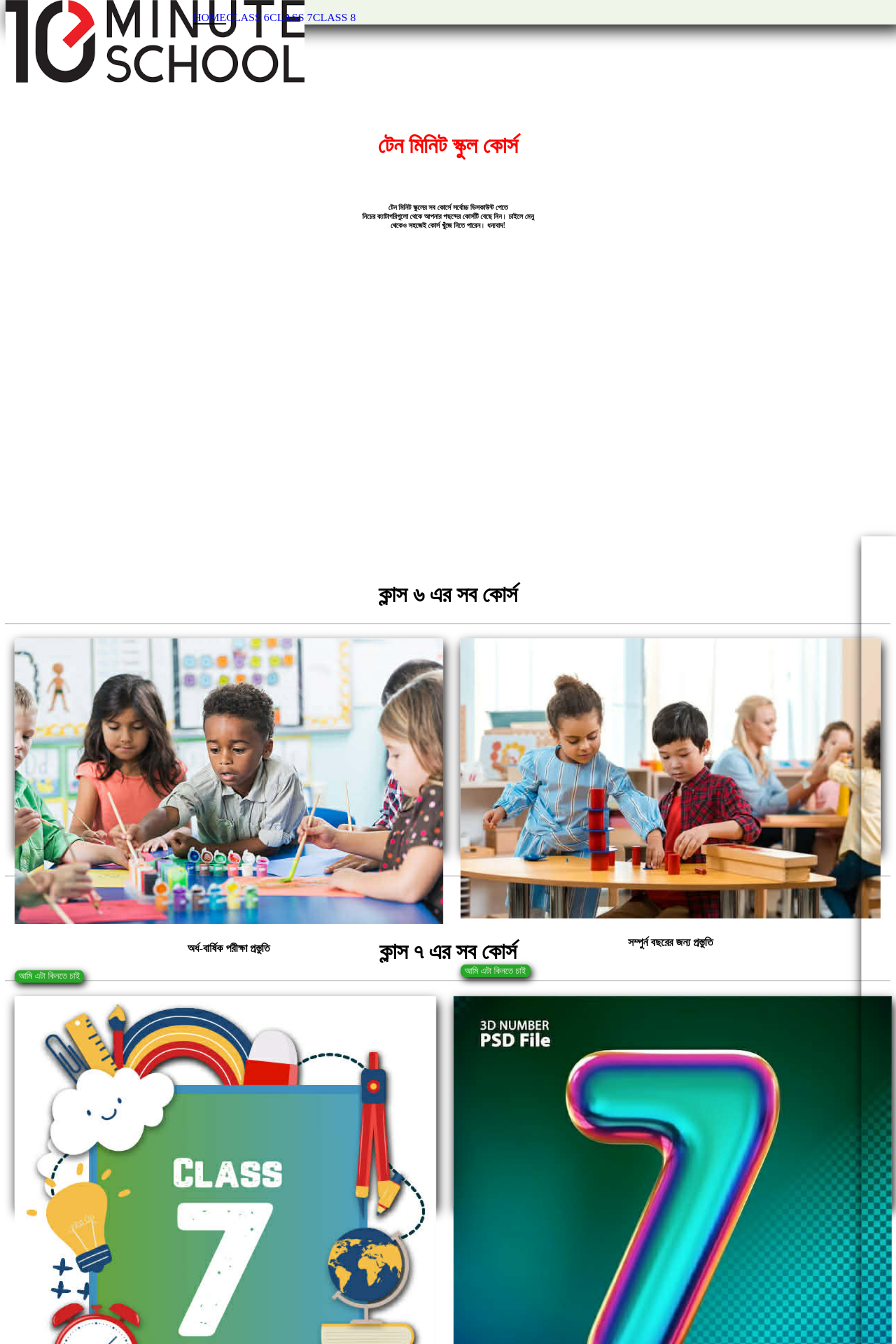
Repository: ridhukhan/10MinuteCourse
Page: /
These files come from the project's save history. The page is drawn as it stood at one moment and after the next save; the edit follows.
The browser window is 1280 px wide. The pictures show the part of the page from y = 0 to 1920 px (the page is 2830 px tall), at 70% of full size.
The project was rebuilt for these pictures with package versions that can differ from the ones it lists, and the page was loaded fresh each time. Also part of the build but not shown: vite.config.js, src/pages/Class6.jsx, src/pages/Class7.jsx, src/pages/Class8.jsx.

Above is the page before, as saved 2025-12-15 09:38:26.

After the next save:
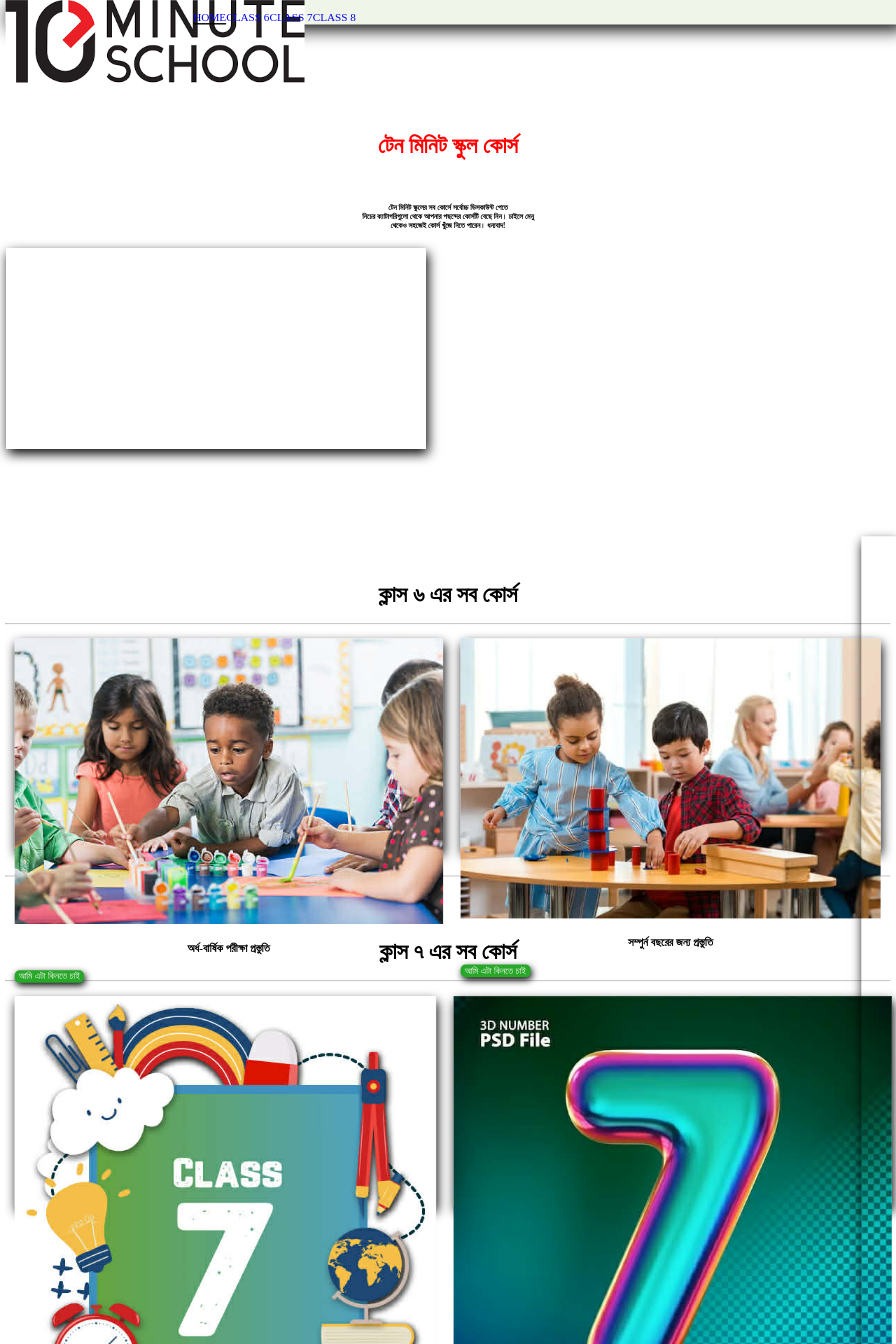
Saved 29 s later.
--- a/src/pages/Home.css
+++ b/src/pages/Home.css
@@ -2,4 +2,5 @@
 
 width: 600px;
     height: 40vh;
+    box-shadow: 4px 7px 16px black;
 }
